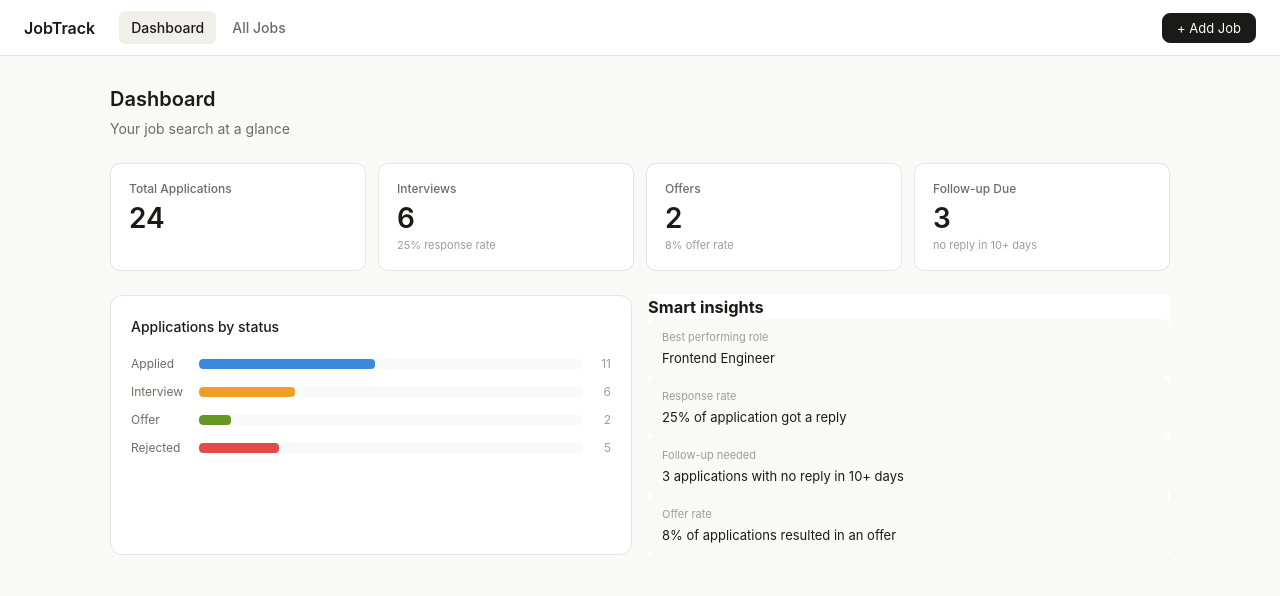
Repository: adtm0/jobtracker
Page: /dashboard (app in frontend/)
These files come from the project's save history. The page is drawn as it stood at one moment and after a run of saves; the edit follows.
The browser window is 1280 px wide. The pictures show the whole page.
The project was rebuilt for these pictures with package versions that can differ from the ones it lists, and the page was loaded fresh each time. Also part of the build but not shown: frontend/vite.config.js, frontend/src/pages/Login.jsx, frontend/src/pages/Register.jsx, frontend/src/pages/Jobs.jsx, frontend/src/pages/JobForm.jsx.

Above is the page before, as saved 2026-04-19 21:45:19.

After the next 3 saves:
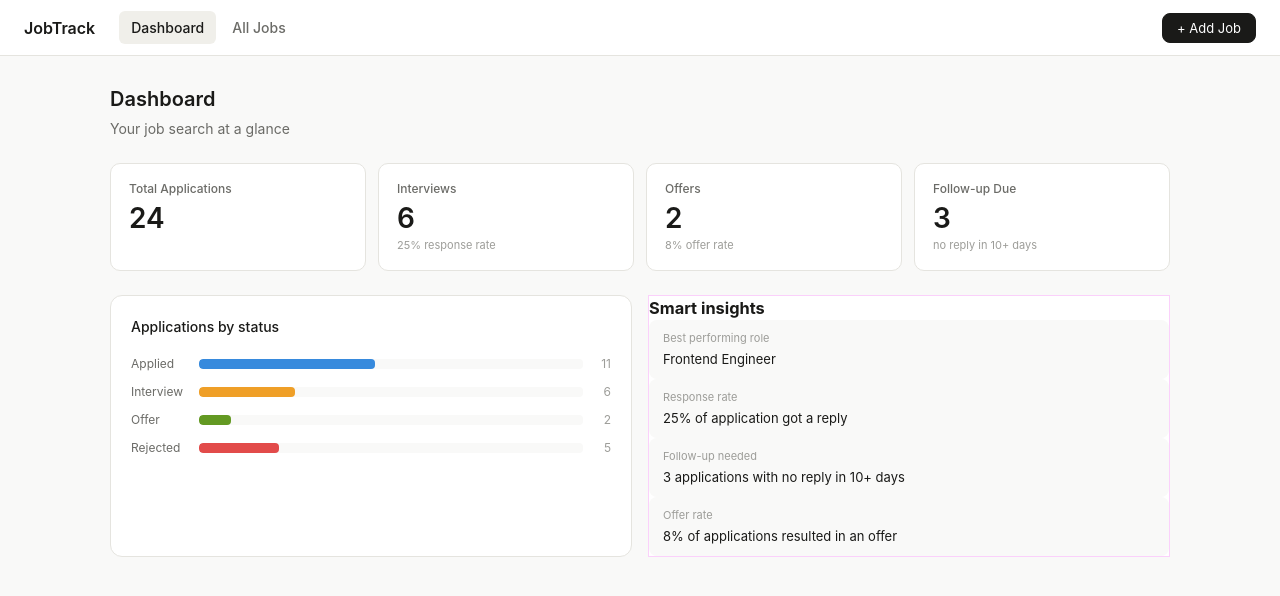
The 3 saves are shown as one change because they came seconds apart.
The last was saved 11 s later.
--- a/frontend/src/pages/Dashboard.jsx
+++ b/frontend/src/pages/Dashboard.jsx
@@ -161,7 +161,7 @@ export default function Dashboard() {
         </div>
 
         {/* insights */}
-        <div style={{background: '#fff'}}>
+        <div style={{background: '#fff', border: '1px solid #e5e4'}}>
           <h3>Smart insights</h3>
           <div>
             {[
